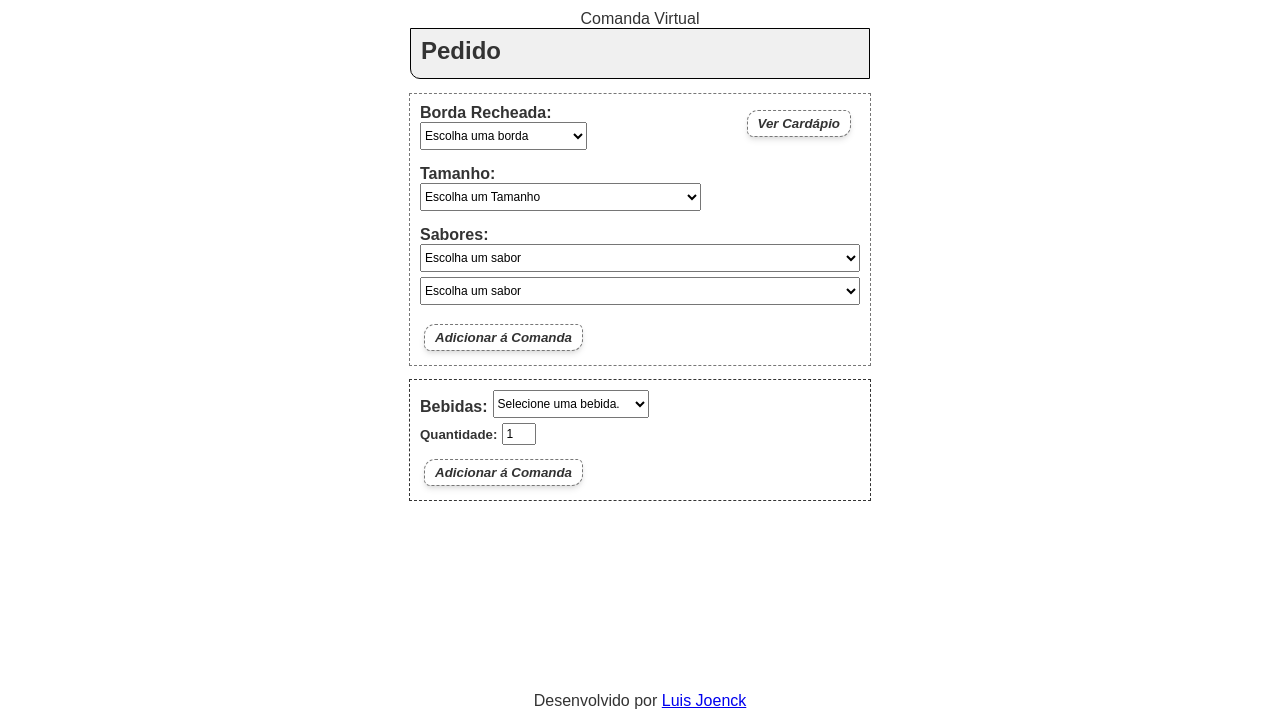
Repository: Joenck91/front-comanda-virtual
Page: index.html
These files come from the project's save history. The page is drawn as it stood at one moment and after the next save; the edit follows.
The browser window is 1280 px wide. The pictures show the whole page.

Above is the page before, as saved 2025-10-05 14:29:22.

After the next save:
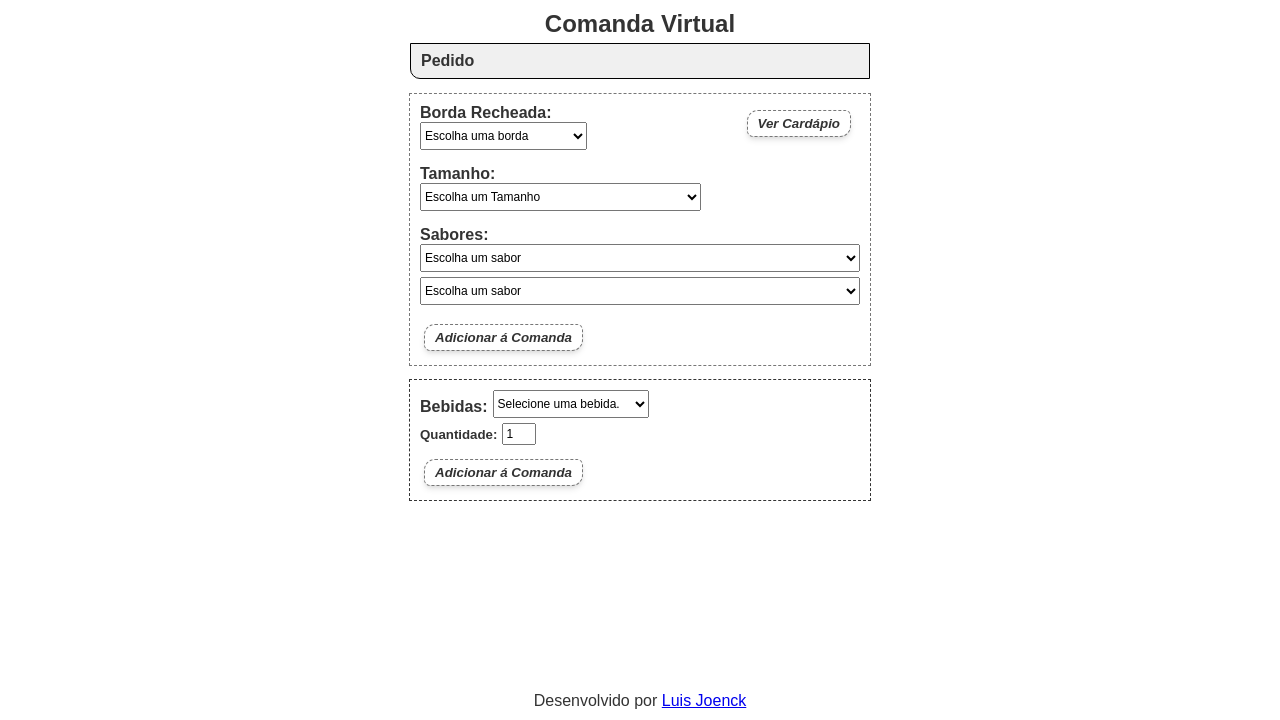
Saved 20 s later.
--- a/index.html
+++ b/index.html
@@ -13,10 +13,10 @@
 <body class="body-style">
     <header>
         <div class="title-buttons">
-            <p>Comanda Virtual</p>
+            <h2>Comanda Virtual</h2>
         </div>
         <div class="command-box" id="total">
-            <h2><strong>Pedido</strong></h2>
+            <p><strong>Pedido</strong></p>
             <div class="ordered-items"></div>
             <!--CRIAR ESTRUTURA DE PEDIDO COM JSON-->
         </div>
